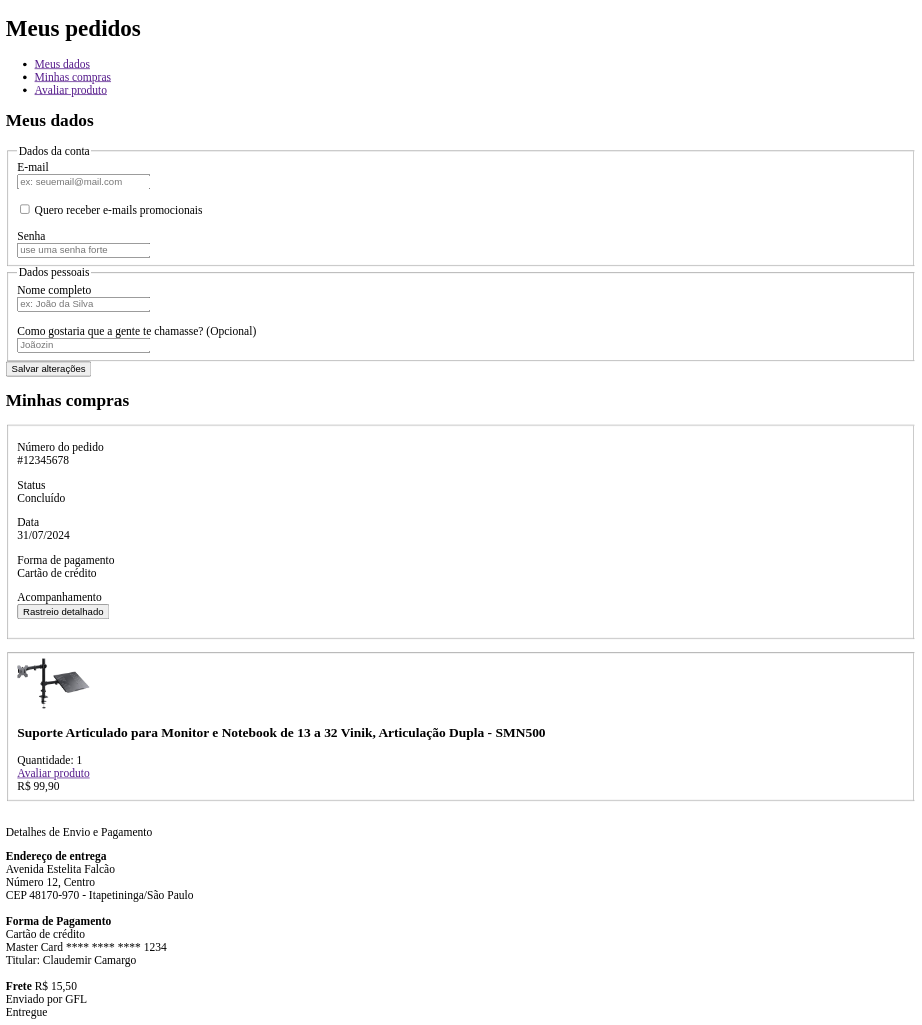
Repository: claudemir-camargo/site-compras
Page: index.html
These files come from the project's save history. The page is drawn as it stood at one moment and after the next save; the edit follows.
The browser window is 1280 px wide. The pictures show the whole page, at 72% of full size.

Above is the page before, as saved 2024-03-03 22:32:33.

### index.html
<!DOCTYPE html>
<html lang="en">

<head>
    <meta charset="UTF-8">
    <meta name="viewport" content="width=device-width, initial-scale=1.0">
    <link rel="stylesheet" type="text/css" href="css/style.css" />
    <title>Site de Compras</title>
</head>

<body>
    <h1>Meus pedidos</h1>
    <ul>
        <li><a href="">Meus dados</a></li>
        <li><a href="">Minhas compras</a></li>
        <li><a href="">Avaliar produto</a></li>
    </ul>
    <h2>Meus dados</h2>
    <!-- Conta -->
    <fieldset>
        <legend>Dados da conta</legend>
        <form>
            <label>E-mail</label><br>
            <input type="email" id="email" name="email" placeholder="ex: seuemail@mail.com"><br><br>
            <input type="checkbox">
            <label>Quero receber e-mails promocionais</label><br><br>
            <label>Senha</label><br>
            <input type="password" placeholder="use uma senha forte">
        </form>
    </fieldset>
    <!-- Pessoais -->
    <fieldset>
        <legend>Dados pessoais</legend>
        <form>
            <label>Nome completo</label><br>
            <input type="text" placeholder="ex: João da Silva"><br><br>
            <label>Como gostaria que a gente te chamasse? (Opcional) </label><br>
            <input type="text" placeholder="Joãozin">
        </form>
    </fieldset>
    <button type="button">Salvar alterações</button>
    <!-- Minhas compras -->
    <h2>Minhas compras</h2>
    <fieldset>
        <div class="details">
            <p>Número do pedido<br>#12345678</p>
            <p>Status<br>Concluído</p>
            <p>Data<br>31/07/2024</p>
            <p>Forma de pagamento<br>Cartão de crédito</p>
            <p>Acompanhamento<br><button>Rastreio detalhado</button></p>
    </fieldset>
    <!-- Produto -->
    <br>
    <fieldset>
        <img src="img/suporte.jpg" alt="Suporte">
        <h3><p>Suporte Articulado para Monitor e Notebook de 13 a 32 Vinik,
            Articulação Dupla - SMN500</p></h3>
        Quantidade: 1<br>
        <a href="">Avaliar produto</a><br>
        R$ 99,90
    </fieldset>
    <br>
    <p>Detalhes de Envio e Pagamento</p>
    <strong>Endereço de entrega</strong><br>
    Avenida Estelita Falcão<br>
    Número 12, Centro<br>
    CEP 48170-970 - Itapetininga/São Paulo
    <br><br>
    <strong>Forma de Pagamento</strong><br>
    Cartão de crédito<br>
    Master Card **** **** **** 1234<br>
    Titular:  Claudemir Camargo
    <br><br>
    <strong>Frete</strong>
    R$ 15,50<br>
    Enviado por GFL<br>
    Entregue



</body>

</html>

### css/style.css
img {
    height: 70px;
    width: 100px;
}

After the next save:
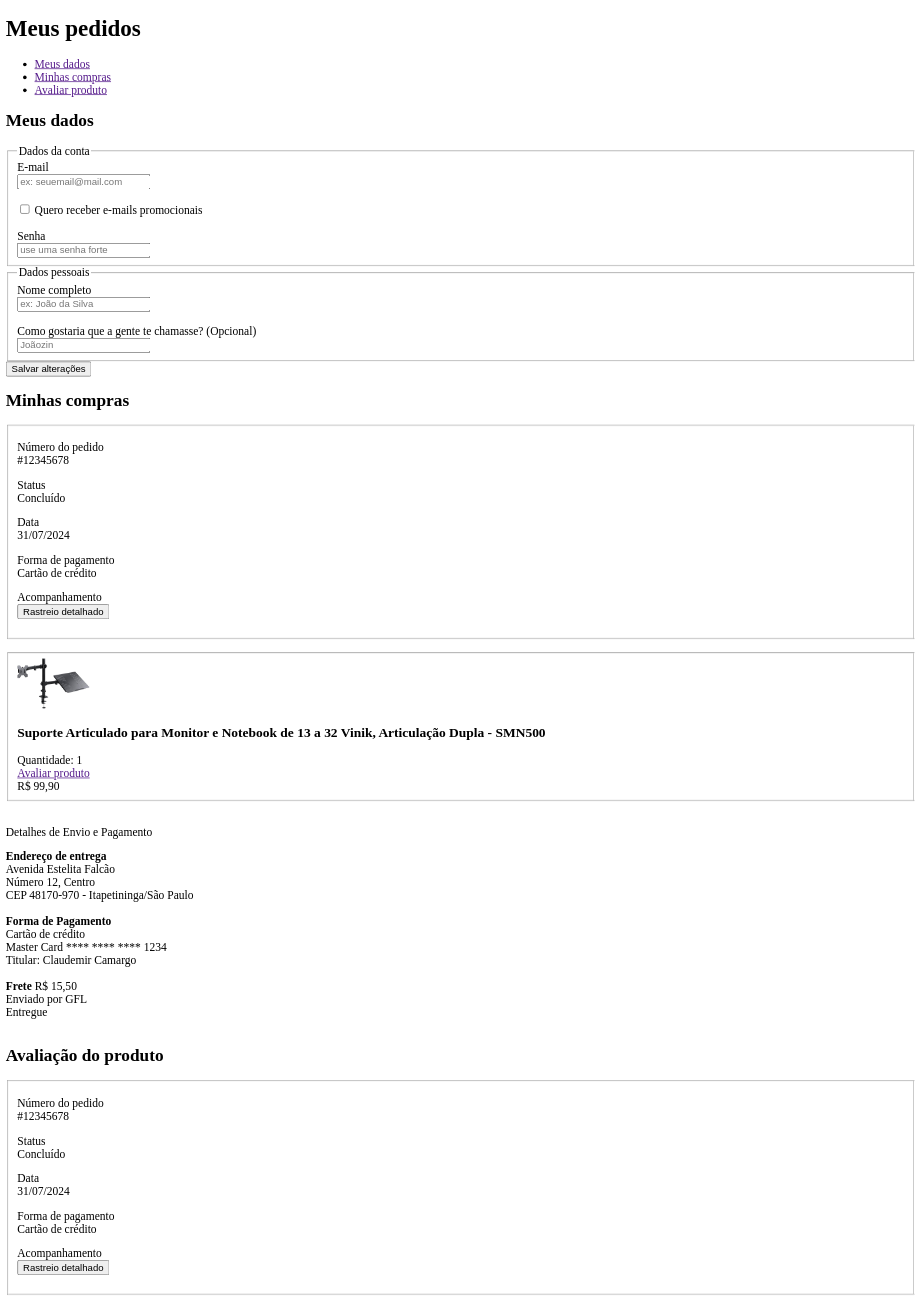
Saved 71 s later.
--- a/index.html
+++ b/index.html
@@ -75,6 +75,16 @@
     R$ 15,50<br>
     Enviado por GFL<br>
     Entregue
+    <br><br>
+    <h2>Avaliação do produto</h2>
+    <fieldset>
+        <div class="details">
+            <p>Número do pedido<br>#12345678</p>
+            <p>Status<br>Concluído</p>
+            <p>Data<br>31/07/2024</p>
+            <p>Forma de pagamento<br>Cartão de crédito</p>
+            <p>Acompanhamento<br><button>Rastreio detalhado</button></p>
+    </fieldset>
 
 
 
